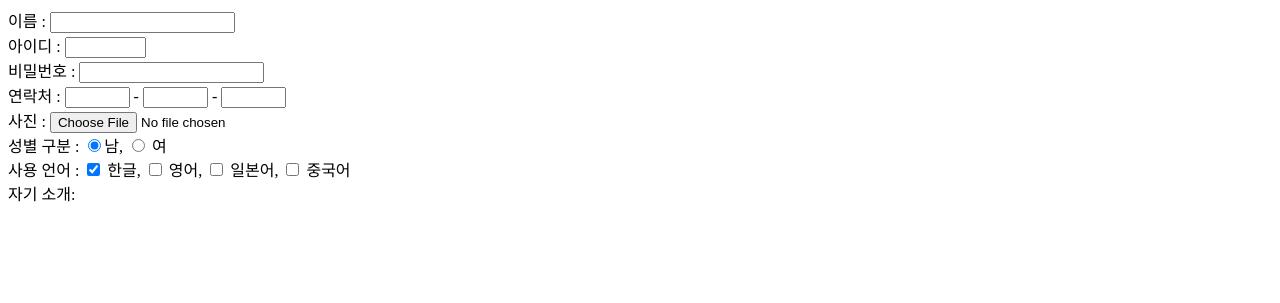
Repository: bjKim2/JSP
Page: HTML/src/main/webapp/Lec06.html
These files come from the project's save history. The page is drawn as it stood at one moment and after the next save; the edit follows.
The browser window is 1280 px wide. The pictures show the whole page.

Above is the page before, as saved 2022-03-15 05:17:55.

### HTML/src/main/webapp/Lec06.html
<!DOCTYPE html>
	<html>
	<head>
		<meta charset="UTF-8">
		<title>From Tag</title>
	</head>
	<body>
		<from action = '#' method='get'>
			이름 : <input type="text" name = "userName"  ><br>
			아이디 : <input type="text" name = "userId"  size = '7'><br>
			비밀번호 : <input type="password" name="userPassword"><br>
			연락처 : <input type="text" name = "phone1_1"  size = "5"> -
					<input type="text" name = "phone1_2"  size = "5"> -
					<input type="text" name = "phone1_3"  size = "5"> <br>
			사진 : <input type="file" name = "picture"> <br>
			성별 구분 : <input type="radio" name = "gender" value = "man" checked = "checked">남,
					<input type="radio" name="gender" value="woman"> 여 <br>
			사용 언어 :
					<input type="checkbox" name="lang" value="kor" checked="checked"> 한글,
					<input type="checkbox" name="lang" value="eng" > 영어,
					<input type="checkbox" name="lang" value="jpn" > 일본어,
					<input type="checkbox" name="lang" value="chn" > 중국어 <br>
			자기 소개:
					<textarea rows="5" cols="20> 간략하게 입력하세요 </textarea><br>
					<!-- 데이터베이스는 varchar 말고 text 타입은 무한정 문자가 들어올수있다.  -->


		</from>
	</body>
</html>

After the next save:
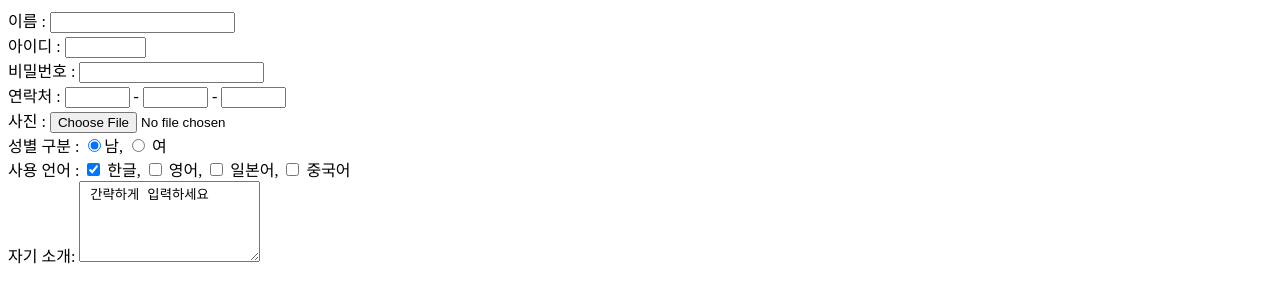
Saved 20 s later.
--- a/HTML/src/main/webapp/Lec06.html
+++ b/HTML/src/main/webapp/Lec06.html
@@ -21,7 +21,7 @@
 					<input type="checkbox" name="lang" value="jpn" > 일본어,
 					<input type="checkbox" name="lang" value="chn" > 중국어 <br>
 			자기 소개:
-					<textarea rows="5" cols="20> 간략하게 입력하세요 </textarea><br>
+					<textarea rows="5" cols="20"> 간략하게 입력하세요 </textarea><br>
 					<!-- 데이터베이스는 varchar 말고 text 타입은 무한정 문자가 들어올수있다.  -->
 
 
